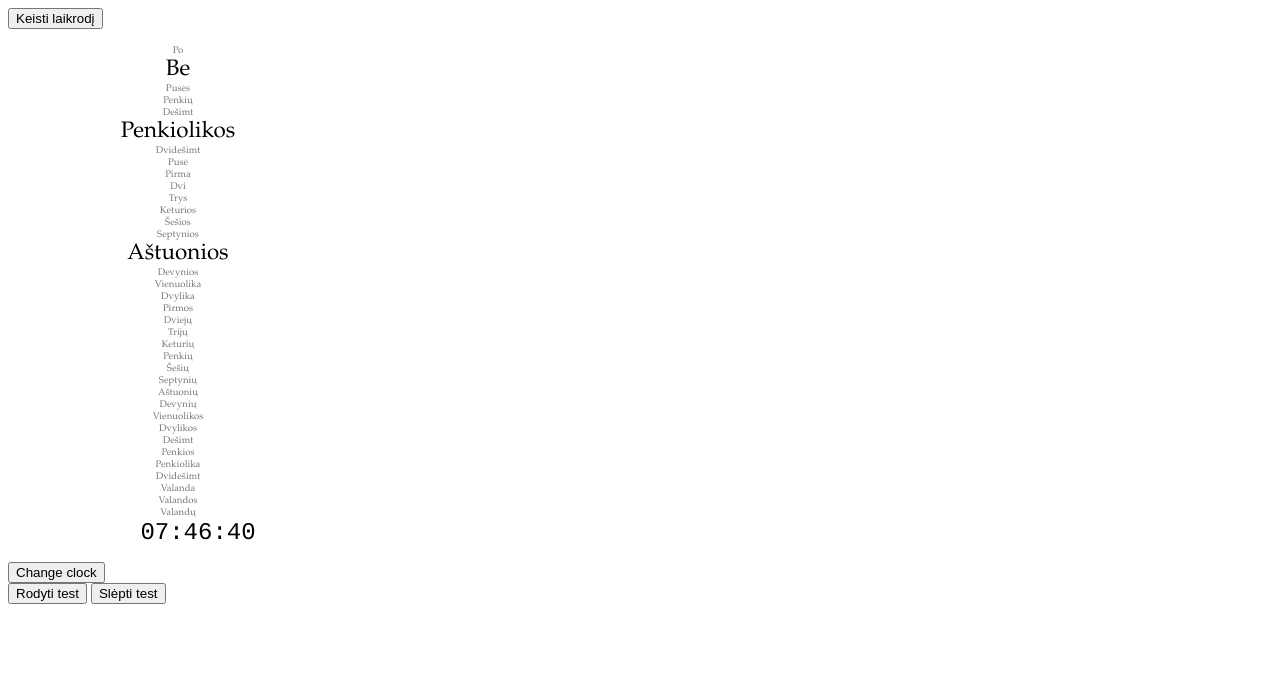
Repository: Skaidrius/WordClock
Page: index.html
The author's editor kept a record of every edit. The page is drawn from the files as they stood at one moment, then again after the next edit.
The browser window is 1280 px wide. The pictures show the whole page.
Some web libraries are served in a nearby version.

Above is the page before.

After the next edit:
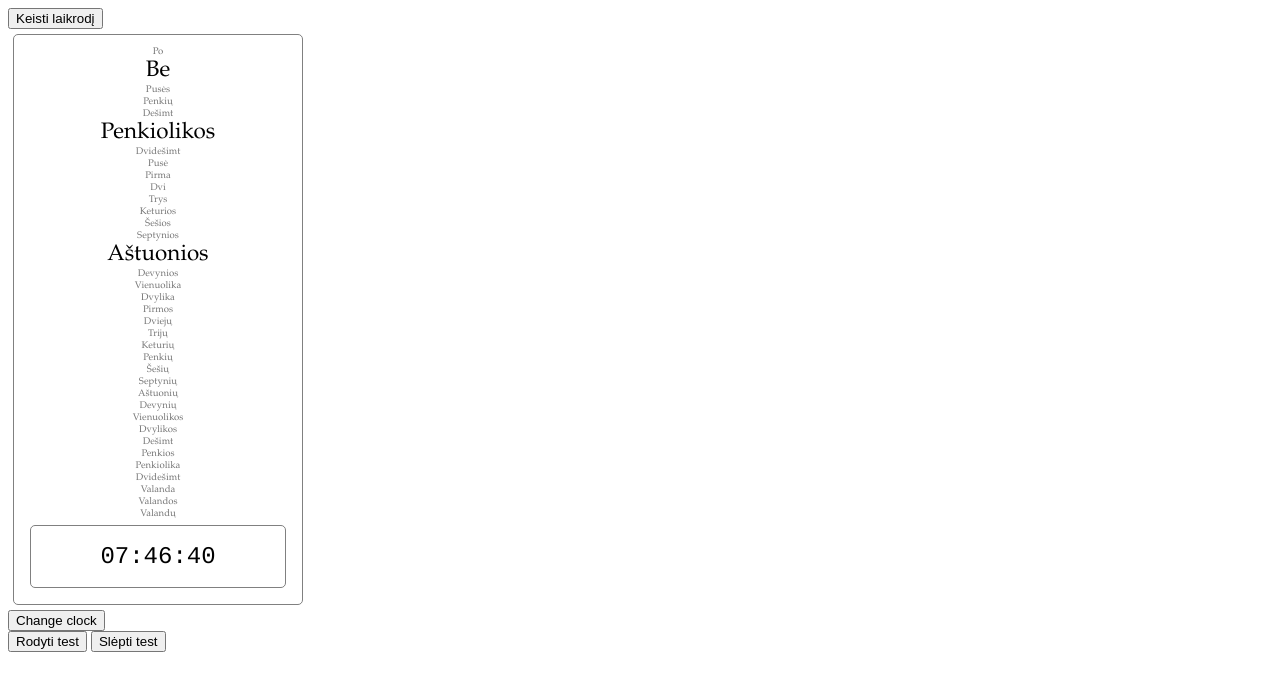
The edit:
--- a/style.css
+++ b/style.css
@@ -11,7 +11,7 @@
     max-width: 300px;
 }
 
-.clck-circle {
+ul {
     max-width: 512px;
     height: auto;
     border: 1px solid grey;
